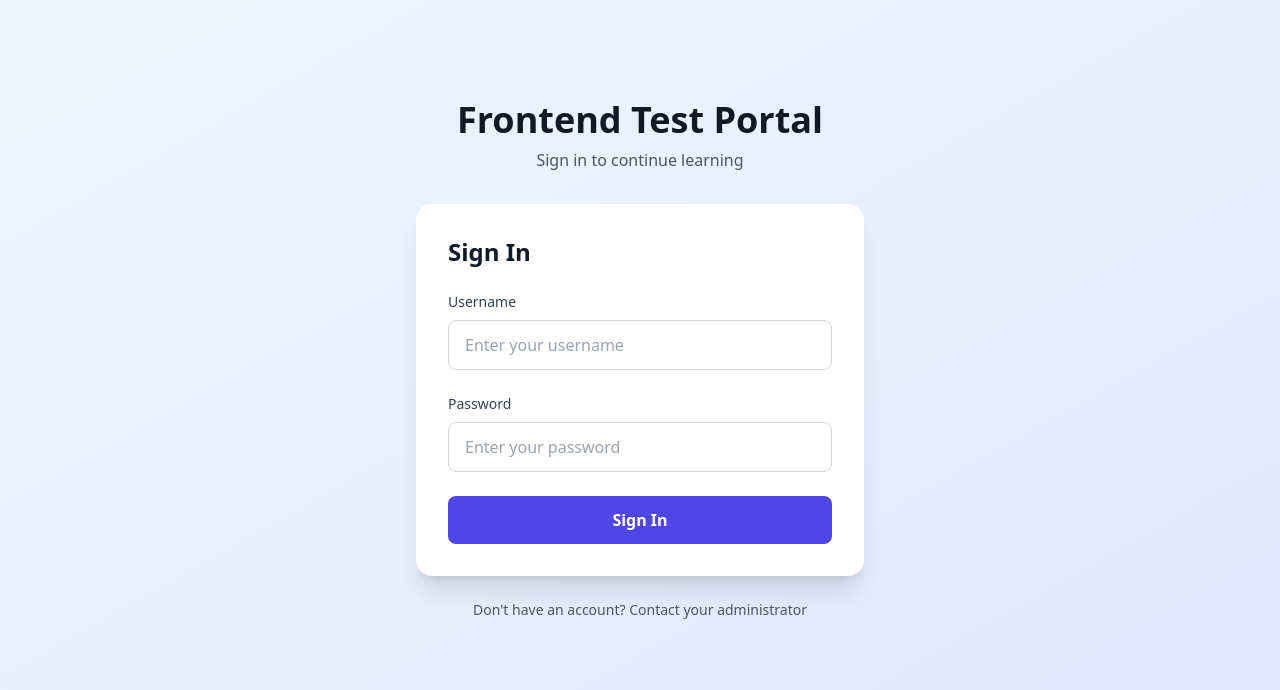
Repository: Gokul-bit165/Frontend-Test-Portal
Page: / (app in frontend-test-portal/frontend/)
These files come from the project's save history. The page is drawn as it stood at one moment and after the next save; the edit follows.
The browser window is 1280 px wide. The pictures show the whole page.
The project was rebuilt for these pictures with package versions that can differ from the ones it lists, and the page was loaded fresh each time. Also part of the build but not shown: frontend-test-portal/frontend/vite.config.js, frontend-test-portal/frontend/src/services/api.js, frontend-test-portal/frontend/src/pages/CoursesHome.jsx, frontend-test-portal/frontend/src/pages/CourseDetail.jsx, frontend-test-portal/frontend/src/pages/LevelPage.jsx, frontend-test-portal/frontend/src/components/CodeEditor.jsx, frontend-test-portal/frontend/src/components/PreviewFrame.jsx, frontend-test-portal/frontend/src/components/ResultsPanel.jsx and 15 more.

Above is the page before, as saved 2025-11-11 14:58:15.

### frontend-test-portal/frontend/index.html
<!doctype html>
<html lang="en">
  <head>
    <meta charset="UTF-8" />
    <link rel="icon" type="image/svg+xml" href="/vite.svg" />
    <meta name="viewport" content="width=device-width, initial-scale=1.0" />
    <title>Frontend Test Portal</title>
  </head>
  <body>
    <div id="root"></div>
    <script type="module" src="/src/main.jsx"></script>
  </body>
</html>

### frontend-test-portal/frontend/src/main.jsx
import React from "react";
import ReactDOM from "react-dom/client";
import App from "./App.jsx";
import "./styles/index.css";
import { GoogleOAuthProvider } from "@react-oauth/google";

const GOOGLE_CLIENT_ID = "YOUR_GOOGLE_CLIENT_ID.apps.googleusercontent.com";

ReactDOM.createRoot(document.getElementById("root")).render(
  <React.StrictMode>
    <GoogleOAuthProvider clientId={GOOGLE_CLIENT_ID}>
      <App />
    </GoogleOAuthProvider>
  </React.StrictMode>
);

### frontend-test-portal/frontend/src/App.jsx
import { BrowserRouter as Router, Routes, Route, Navigate } from 'react-router-dom';
import { useState, useEffect } from 'react';
import CoursesHome from './pages/CoursesHome';
import CourseDetail from './pages/CourseDetail';
import LevelPage from './pages/LevelPage';
import LevelChallenge from './pages/LevelChallenge';
import LevelChallengeNew from './pages/LevelChallengeNew';
import LevelChallengeOld from './pages/LevelChallengeOld';
import LevelChallengeTest from './pages/LevelChallengeTest';
import LevelResults from './pages/LevelResults';
import CandidateDashboard from './pages/CandidateDashboard';
import ChallengeView from './pages/ChallengeView';
import Login from './pages/Login';
import AdminDashboard from './pages/AdminDashboardNew';
import CourseManager from './pages/CourseManager';
import UserManagement from './pages/UserManagement';
import ProtectedRoute from './components/ProtectedRoute';

function App() {
  const [isAdmin, setIsAdmin] = useState(false);

  useEffect(() => {
    // Check if admin is logged in
    const token = localStorage.getItem('adminToken');
    setIsAdmin(!!token);
  }, []);

  return (
    <Router future={{ v7_startTransition: true, v7_relativeSplatPath: true }}>
      <div className="min-h-screen bg-gray-50">
        <Routes>
          {/* Public Routes - Only Login Pages */}
          <Route path="/login" element={<Login />} />
          <Route
            path="/admin/login"
            element={<Login isAdmin={true} onLogin={() => setIsAdmin(true)} />}
          />

          {/* Protected Student Routes - Require Login */}
          <Route path="/" element={<ProtectedRoute><CoursesHome /></ProtectedRoute>} />
          <Route path="/course/:courseId" element={<ProtectedRoute><CourseDetail /></ProtectedRoute>} />
          <Route path="/course/:courseId/level/:level" element={<ProtectedRoute><LevelPage /></ProtectedRoute>} />
          <Route path="/level/:courseId/:level" element={<ProtectedRoute><LevelChallengeOld /></ProtectedRoute>} />
          <Route path="/level-results/:courseId/:level" element={<ProtectedRoute><LevelResults /></ProtectedRoute>} />
          <Route path="/old-challenges" element={<ProtectedRoute><CandidateDashboard /></ProtectedRoute>} />
          <Route path="/challenge/:id" element={<ProtectedRoute><ChallengeView /></ProtectedRoute>} />

          {/* Admin Routes - Require Admin Login */}
          <Route
            path="/admin/dashboard"
            element={isAdmin ? <AdminDashboard /> : <Navigate to="/admin/login" />}
          />
          <Route
            path="/admin/courses"
            element={isAdmin ? <CourseManager /> : <Navigate to="/admin/login" />}
          />
          <Route
            path="/admin/users"
            element={isAdmin ? <UserManagement /> : <Navigate to="/admin/login" />}
          />

          {/* Fallback - Redirect to login */}
          <Route path="*" element={<Navigate to="/login" />} />
        </Routes>
      </div>
    </Router>
  );
}

export default App;

### frontend-test-portal/frontend/src/styles/index.css
@tailwind base;
@tailwind components;
@tailwind utilities;

@layer base {
  body {
    @apply bg-gray-50 text-gray-900;
  }
}

@layer components {
  .btn-primary {
    @apply bg-blue-600 hover:bg-blue-700 text-white font-semibold py-2 px-4 rounded-lg transition-colors duration-200;
  }

  .btn-secondary {
    @apply bg-gray-600 hover:bg-gray-700 text-white font-semibold py-2 px-4 rounded-lg transition-colors duration-200;
  }

  .btn-success {
    @apply bg-green-600 hover:bg-green-700 text-white font-semibold py-2 px-4 rounded-lg transition-colors duration-200;
  }

  .card {
    @apply bg-white rounded-lg shadow-md p-6;
  }

  .input {
    @apply w-full px-4 py-2 border border-gray-300 rounded-lg focus:ring-2 focus:ring-blue-500 focus:border-transparent outline-none;
  }

  .badge {
    @apply inline-block px-3 py-1 text-sm font-semibold rounded-full;
  }

  .badge-easy {
    @apply bg-green-100 text-green-800;
  }

  .badge-medium {
    @apply bg-yellow-100 text-yellow-800;
  }

  .badge-hard {
    @apply bg-red-100 text-red-800;
  }

  .animate-slide-in {
    animation: slideIn 0.3s ease-out;
  }

  @keyframes slideIn {
    from {
      transform: translateX(400px);
      opacity: 0;
    }
    to {
      transform: translateX(0);
      opacity: 1;
    }
  }
}

### frontend-test-portal/frontend/src/pages/Login.jsx
import { useState } from "react";
import { useNavigate } from "react-router-dom";
import axios from "axios";
import { GoogleLogin } from "@react-oauth/google";
import jwt_decode from "jwt-decode";


export default function Login({ isAdmin = false, onLogin }) {
  const navigate = useNavigate();
  const [credentials, setCredentials] = useState({
    username: "",
    password: "",
  });
  const [error, setError] = useState("");
  const [loading, setLoading] = useState(false);

  const handleSubmit = async () => {
    // Validation
    if (!credentials.username || !credentials.password) {
      setError("Please enter both username and password");
      return;
    }

    setError("");
    setLoading(true);

    try {
      const adminEndpoint = "http://localhost:5000/api/auth/admin/login";
      const userEndpoint = "http://localhost:5000/api/auth/login";
      const endpoints = isAdmin
        ? [adminEndpoint, userEndpoint]
        : [userEndpoint, adminEndpoint];
      let response;

      console.log("Is Admin:", isAdmin);

      for (let i = 0; i < endpoints.length; i += 1) {
        const url = endpoints[i];
        const isLastAttempt = i === endpoints.length - 1;

        console.log("Attempting login to:", url);

        try {
          response = await axios.post(url, credentials);
          break;
        } catch (err) {
          const isAuthError = err.response?.status === 401;
          if (!isAuthError || isLastAttempt) {
            throw err;
          }
          console.warn("Login attempt failed on:", url, err.response?.data);
        }
      }

      if (!response) {
        setError("Login failed. Please try again.");
        return;
      }

      const { user, token } = response.data || {};
      const role = user?.role;
      const normalizedRole = typeof role === "string" ? role.toLowerCase() : "";

      console.log("Login response:", response.data);
      console.log("Resolved role:", role);

      if (!user || !token || !normalizedRole) {
        setError("Invalid response from server. Please try again.");
        return;
      }

      localStorage.setItem("userRole", normalizedRole);

      if (normalizedRole === "admin") {
        localStorage.setItem("adminToken", token);
        localStorage.setItem("adminUser", JSON.stringify(user));
        localStorage.setItem("userToken", token);
        localStorage.setItem("userId", user.id);
        localStorage.setItem("username", user.username);

        console.log("Admin token stored, calling onLogin");

        if (onLogin) {
          onLogin({ role: normalizedRole, user, token });
        }

        setTimeout(() => {
          navigate("/admin/dashboard", { replace: true });
        }, 100);
        return;
      }

      localStorage.setItem("userId", user.id);
      localStorage.setItem("username", user.username);
      localStorage.setItem("userToken", token);

      console.log("User token stored");

      navigate("/");
    } catch (err) {
      console.error("Login error:", err);
      console.error("Error response:", err.response);

      if (err.response) {
        // Server responded with error
        setError(
          err.response.data?.error ||
            err.response.data?.message ||
            "Login failed. Please try again."
        );
      } else if (err.request) {
        // Request made but no response
        setError(
          "Cannot connect to server. Please check if the backend is running."
        );
      } else {
        // Something else happened
        setError("An unexpected error occurred. Please try again.");
      }
    } finally {
      setLoading(false);
    }
  };

  const handleKeyPress = (e) => {
    if (e.key === "Enter") {
      handleSubmit();
    }
  };

  return (
    <div className="min-h-screen flex items-center justify-center p-4 bg-gradient-to-br from-blue-50 to-indigo-100">
      <div className="max-w-md w-full">
        {/* Logo/Header */}
        <div className="text-center mb-8">
          <h1 className="text-4xl font-bold mb-2 text-gray-900">
            Frontend Test Portal
          </h1>
          <p className="text-gray-600">Sign in to continue learning</p>
        </div>

        <div className="bg-white rounded-2xl shadow-xl p-8">
          <h2 className="text-2xl font-bold text-gray-900 mb-6">Sign In</h2>

          {error && (
            <div className="mb-4 p-4 bg-red-50 border border-red-200 rounded-lg">
              <p className="text-red-800 text-sm">{error}</p>
            </div>
          )}

          <div className="space-y-6">
            <div>
              <label className="block text-sm font-medium text-gray-700 mb-2">
                Username
              </label>
              <input
                type="text"
                value={credentials.username}
                onChange={(e) =>
                  setCredentials({ ...credentials, username: e.target.value })
                }
                onKeyPress={handleKeyPress}
                className="w-full px-4 py-3 border border-gray-300 rounded-lg focus:ring-2 focus:border-transparent transition-all outline-none focus:ring-indigo-500"
                placeholder="Enter your username"
                autoComplete="username"
              />
            </div>

            <div>
              <label className="block text-sm font-medium text-gray-700 mb-2">
                Password
              </label>
              <input
                type="password"
                value={credentials.password}
                onChange={(e) =>
                  setCredentials({ ...credentials, password: e.target.value })
                }
                onKeyPress={handleKeyPress}
                className="w-full px-4 py-3 border border-gray-300 rounded-lg focus:ring-2 focus:border-transparent transition-all outline-none focus:ring-indigo-500"
                placeholder="Enter your password"
                autoComplete="current-password"
              />
            </div>

            <button
              onClick={handleSubmit}
              disabled={loading}
              className="w-full py-3 text-white font-semibold rounded-lg transition-colors disabled:opacity-50 disabled:cursor-not-allowed bg-indigo-600 hover:bg-indigo-700"
            >
              {loading ? "Signing in..." : "Sign In"}
            </button>
          </div>
        </div>

        <div className="mt-6 text-center">
          <p className="text-sm text-gray-600">
            Don't have an account? Contact your administrator
          </p>
        </div>
      </div>
    </div>
  );
}

### frontend-test-portal/frontend/src/components/ProtectedRoute.jsx
import { Navigate } from 'react-router-dom';

// Protected Route Component - Requires user to be logged in
export default function ProtectedRoute({ children }) {
  const userId = localStorage.getItem('userId');
  const userToken = localStorage.getItem('userToken');

  // If no user is logged in, redirect to login page
  if (!userId || !userToken) {
    return <Navigate to="/login" replace />;
  }

  // User is logged in, allow access
  return children;
}

### frontend-test-portal/frontend/tailwind.config.js
/** @type {import('tailwindcss').Config} */
export default {
  content: [
    "./index.html",
    "./src/**/*.{js,ts,jsx,tsx}",
  ],
  theme: {
    extend: {
      colors: {
        primary: {
          50: '#f0f9ff',
          100: '#e0f2fe',
          500: '#0ea5e9',
          600: '#0284c7',
          700: '#0369a1',
        }
      }
    },
  },
  plugins: [],
}

After the next save:
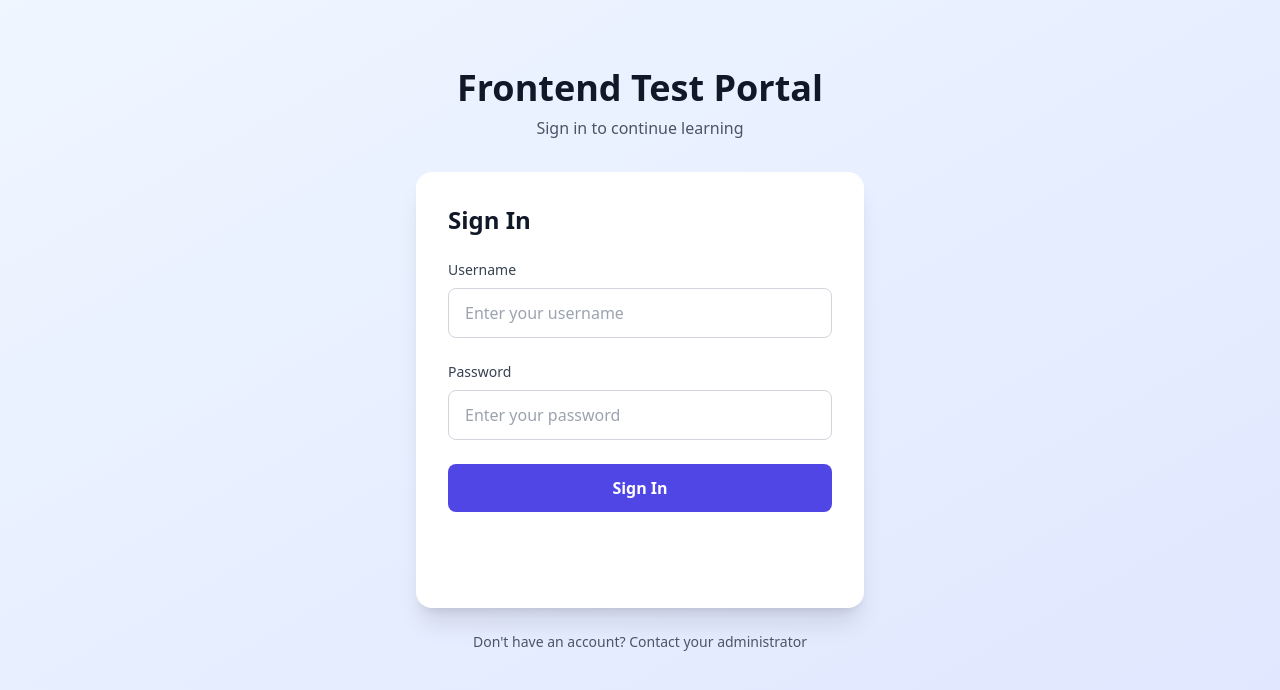
Saved 6 s later.
--- a/frontend-test-portal/frontend/src/pages/Login.jsx
+++ b/frontend-test-portal/frontend/src/pages/Login.jsx
@@ -190,6 +190,39 @@ export default function Login({ isAdmin = false, onLogin }) {
             >
               {loading ? "Signing in..." : "Sign In"}
             </button>
+            <div className="mt-6 flex justify-center">
+  <GoogleLogin
+    onSuccess={async (credentialResponse) => {
+      try {
+        const token = credentialResponse.credential;
+        const decoded = jwt_decode(token);
+
+        console.log("Google user:", decoded);
+
+        // Option 1: Send token to backend for verification
+        const res = await axios.post(
+          "http://localhost:5000/api/auth/google",
+          { token }
+        );
+
+        const { user, appToken } = res.data;
+
+        // Save user info to localStorage
+        localStorage.setItem("userToken", appToken);
+        localStorage.setItem("username", user.username);
+        localStorage.setItem("userId", user.id);
+
+        // Navigate to home
+        navigate("/");
+      } catch (err) {
+        console.error("Google Sign-In failed:", err);
+        setError("Google sign-in failed. Try again.");
+      }
+    }}
+    onError={() => setError("Google Sign-In was unsuccessful")}
+  />
+</div>
+
           </div>
         </div>
 
